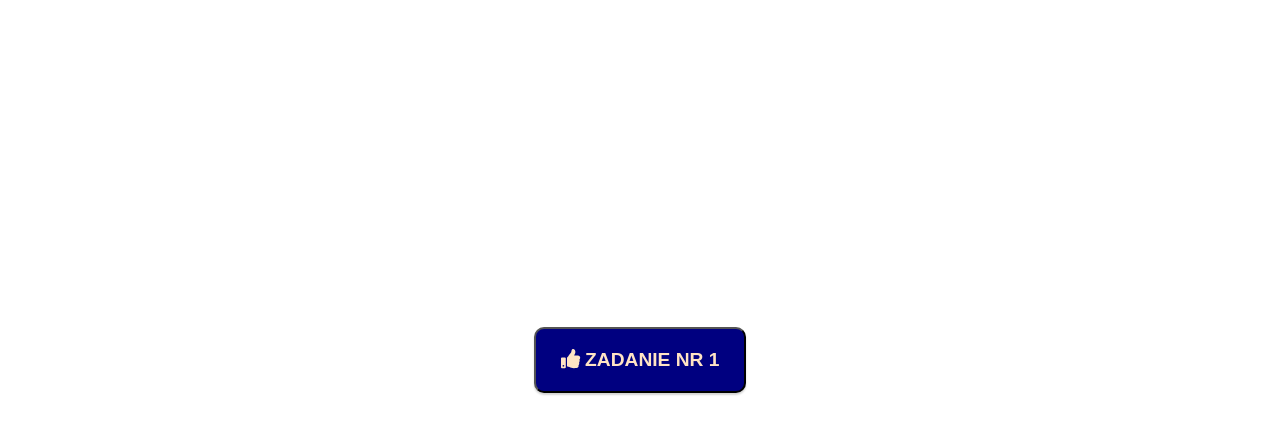
Repository: KrzysKolo/sr_tydzien3_zad_1_2_3
Page: /
An editor plug-in stored every save of this project. The page is shown before and after the next save, followed by the edit.
The browser window is 1280 px wide. The pictures show the whole page.
The project was rebuilt for these pictures with package versions that can differ from the ones it lists, and the page was loaded fresh each time.

Above is the page before, as saved 2020-11-02 15:24:48.

After the next save:
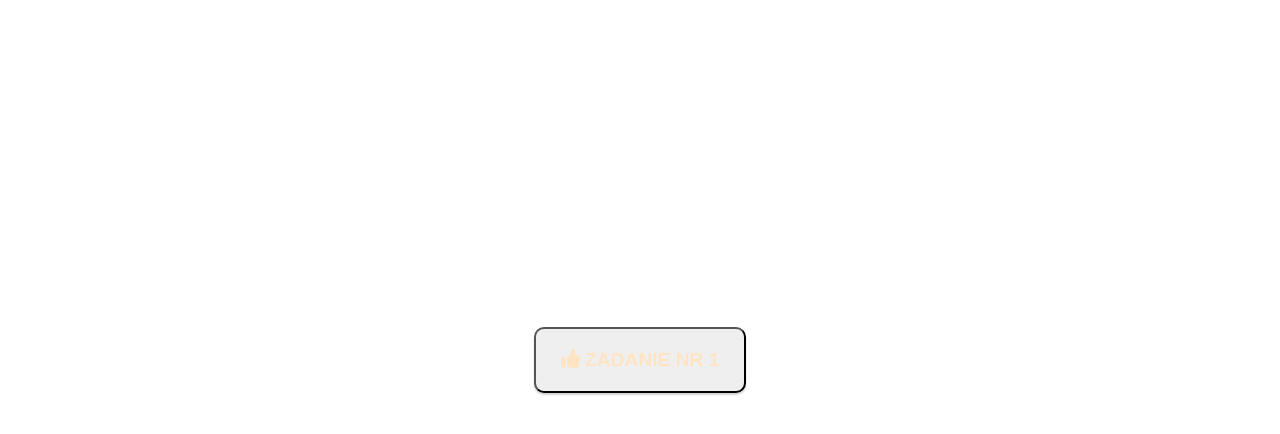
Saved 99 s later.
--- a/src/App.js
+++ b/src/App.js
@@ -12,7 +12,7 @@
 
     return (
       <div className="app">
-        <Button  bgColor="navy" color="bisque" label="Zadanie nr 1" icon={faThumbsUp}/>
+        <Button  bgColor="carrot" color="bisque" label="Zadanie nr 1" icon={faThumbsUp}/>
 
       </div>
      );

After the save that followed:
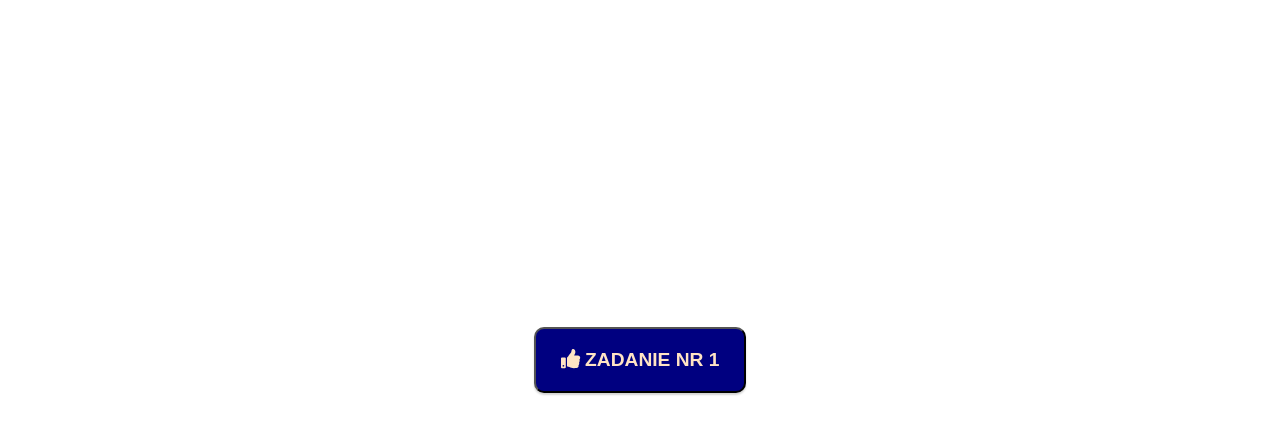
Saved 13 s later.
--- a/src/App.js
+++ b/src/App.js
@@ -12,7 +12,7 @@
 
     return (
       <div className="app">
-        <Button  bgColor="carrot" color="bisque" label="Zadanie nr 1" icon={faThumbsUp}/>
+        <Button  bgColor="navy" color="bisque" label="Zadanie nr 1" icon={faThumbsUp}/>
 
       </div>
      );
